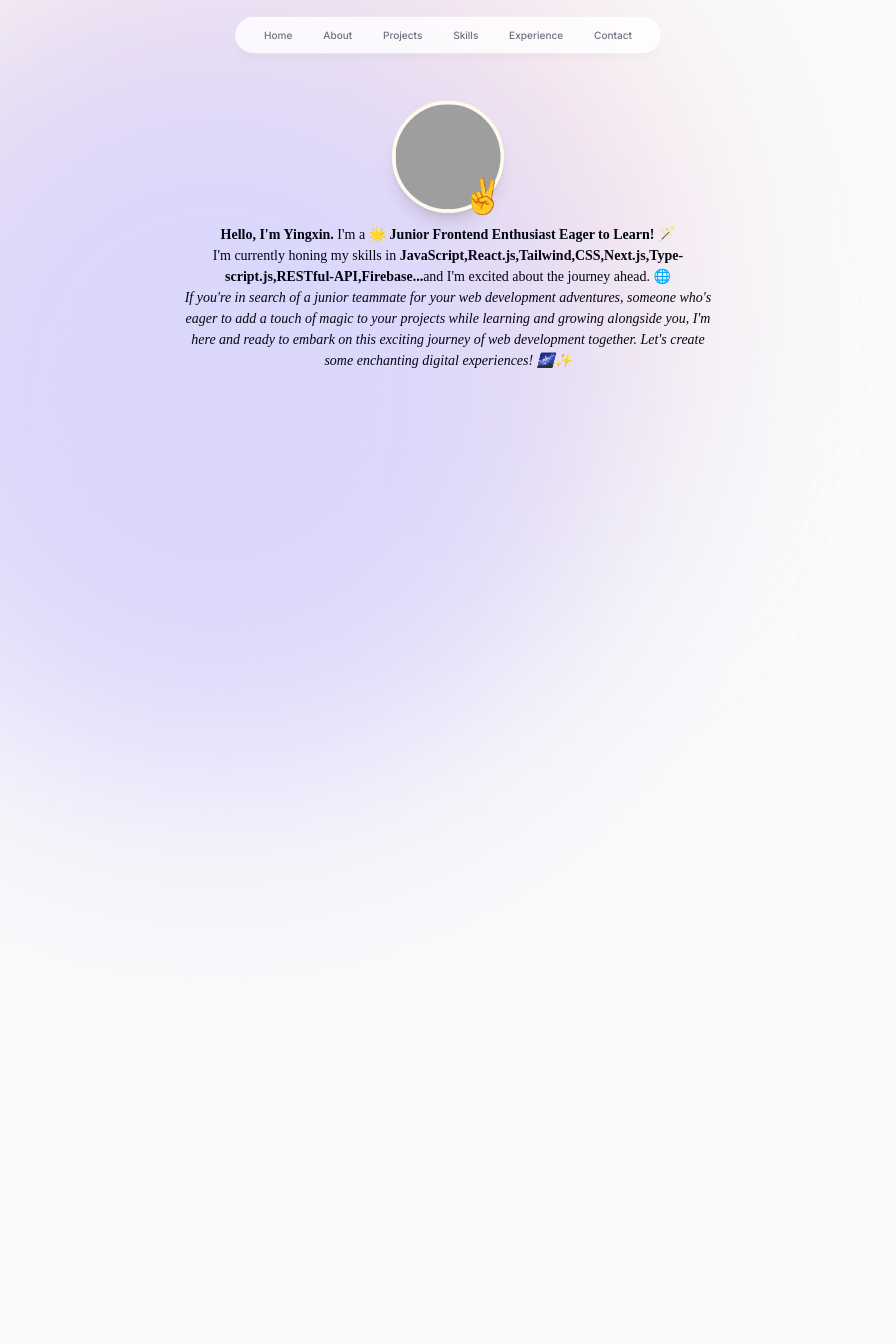
Repository: Tracy-maker/portfolio_website
Page: /
The author's editor kept a copy of each file at every save. The page is drawn from the files as they stood at one save, then again after the next save.
The browser window is 1280 px wide. The pictures show the part of the page from y = 0 to 1920 px (the page is 5000 px tall), at 70% of full size.
Pictures or frames that could not be fetched are drawn as grey boxes. The project was rebuilt for these pictures with package versions that can differ from the ones it lists, and the page was loaded fresh each time. The framework's server and built-in components were replaced by stand-ins that run in the browser. Also part of the build but not shown: next.config.js.

Above is the page before, as saved 2023-10-02 18:43:55.

### app/layout.tsx
import Header from "@/components/header";
import "./globals.css";
import type { Metadata } from "next";
import { Inter } from "next/font/google";

const inter = Inter({ subsets: ["latin"] });

export const metadata: Metadata = {
  title: "Yingxin_Zhang | Portfolio",
  description: "Yingxin_Zhang is a front-end developer",
};

export default function RootLayout({
  children,
}: {
  children: React.ReactNode;
}) {
  return (
    <html lang="en">
      <body
        className={`${inter.className} bg-gray-50 text-gray-950 relative h-[5000px] pt-28 sm:pt-36`}
      >
        <div className="bg-[#fbe2e3] absolute top-[-6rem] -z-10 right-[21rem] h-[56.25rem] w-[31.25rem] rounded-full blur-[10rem] sm:w-[68.75rem]"></div>
        <div className="bg-[#dbd7fb] absolute top-[-1rem] -z-10 left-[-45rem] h-[71.25rem] w-[-30rem] rounded-full blur-[10rem] sm:w-[68.75rem] md:left-[-33rem] lg:left-[-28rem] xl:left-[-15rem] 2xl:left-[-5rem]"></div>
        <Header />
        {children}
      </body>
    </html>
  );
}

### app/page.tsx
import Intro from "@/components/intro";
import Image from "next/image";

export default function Home() {
  return (
    <main className="flex flex-col items-center">
      <Intro />
    </main>
  );
}

### components/header.tsx
"use client";
import { motion } from "framer-motion";
import { links } from "@/lib/data";
import Link from "next/link";

export default function Header() {
  return (
    <header className="z-[999] relative">
      <motion.div
        className="fixed top-0 left-1/2 h-[4.5rem] w-full
        rounded-none border border-white border-opacity-40
        bg-white bg-opacity-80 shadow-lg shadow-black/[0.03]
        backdrop-blur-[0.5rem] sm:top-6 sm:h-[3.25rem] sm:w-[38rem] sm:rounded-full"
        initial={{ y: -100, x: "-50%", opacity: 0 }}
        animate={{ y: 0, x: "-50%", opacity: 1 }}
      ></motion.div>

      <nav className="flex fixed top-[0.15rem] left-1/2 h-12 -translate-x-1/2 py-2 sm:top-[1.7rem] sm:h-[initial] sm:py-0">
        <ul className="flex w-[22rem] flex-wrap items-center justify-center gap-y-1 text-[0.9rem] font-medium text-gray-500 sm:w-[initial] sm:flex-nowrap sm:gap-5">
          {links.map((link) => (
            <motion.li
              className="h-3/4 flex items-center justify-center relative"
              key={link.hash}
              initial={{ y: -100, opacity: 0 }}
              animate={{ y: 0, opacity: 1 }}
            >
              <Link
                className="flex w-full items-center justify-center px-3 py-3 hover:text-gray-950 transition"
                href={link.hash}
              >
                {link.name}
              </Link>
            </motion.li>
          ))}
        </ul>
      </nav>
    </header>
  );
}

### components/intro.tsx
"use client";

import Image from "next/image";
import React from "react";
import { motion } from "framer-motion";

export default function Intro() {
  return (
    <section className="mb-28 max-w-[50rem] text-center sm:mb-0 scroll-mt-[100rem]">
      <div className="flex items-center justify-center">
        <div className="relative">
          <motion.div
            initial={{ opacity: 0, scale: 0 }}
            animate={{ opacity: 1, scale: 1 }}
            transition={{
              type: "tween",
              duration: 0.2,
            }}
          >
            <Image
              src="https://i.ibb.co/MRHHtS5/Wechat-IMG7.jpg"
              alt="Personal image"
              width="300"
              height="300"
              quality="90"
              priority={true}
              className="h-40 w-40 rounded-full object-cover border-[0.35rem] border-amber-50 shadow-xl"
            />
          </motion.div>

          <motion.span
            className="absolute bottom-0 right-0 text-5xl"
            initial={{ opacity: 0, scale: 0 }}
            animate={{ opacity: 1, scale: 1 }}
            transition={{
              type: "spring",
              stiffness: 125,
              delay: 0.1,
              duration: 0.7,
            }}
          >
            ✌️
          </motion.span>
        </div>
      </div>
      <motion.h6
        className="mb-10 mt-4 px-4 text-l font-light font-custom !leading-[1.5] sm:text-xl"
        initial={{ opacity: 0, y: 100 }}
        animate={{ opacity: 1, y: 0 }}
      >
        <span className="font-bold">Hello, I'm Yingxin.</span> I'm a{" "}
        <span className="font-bold">
          🌟 Junior Frontend Enthusiast Eager to Learn! 🪄
        </span>
        <br />
        I'm currently honing my skills in
        <span className="font-bold">
          {" "}
          JavaScript,React.js,Tailwind,CSS,Next.js,Type-script.js,RESTful-API,Firebase...
        </span>
        and I'm excited about the journey ahead. 🌐
        <br />
        <span className="italic">
          If you're in search of a junior teammate for your web development
          adventures, someone who's eager to add a touch of magic to your
          projects while learning and growing alongside you, I'm here and ready
          to embark on this exciting journey of web development together. Let's
          create some enchanting digital experiences! 🌌✨
        </span>
      </motion.h6>
    </section>
  );
}

### lib/data.ts
import React from "react";
import { CgWorkAlt } from "react-icons/cg";
import { FaReact } from "react-icons/fa";
import { LuGraduationCap } from "react-icons/lu";
import p1Img from "@/public/p1.png";
import p2Img from "@/public/p2.png";
import p3Img from "@/public/p3.png";

export const links = [
  {
    name: "Home",
    hash: "#home",
  },
  {
    name: "About",
    hash: "#about",
  },
  {
    name: "Projects",
    hash: "#projects",
  },
  {
    name: "Skills",
    hash: "#skills",
  },
  {
    name: "Experience",
    hash: "#experience",
  },
  {
    name: "Contact",
    hash: "#contact",
  },
] as const;

export const experiencesData = [
  {
    title: "Graduated bootcamp",
    location: "Miami, FL",
    description:
      "I graduated after 6 months of studying. I immediately found a job as a front-end developer.",
    icon: React.createElement(LuGraduationCap),
    date: "2019",
  },
  {
    title: "Front-End Developer",
    location: "Orlando, FL",
    description:
      "I worked as a front-end developer for 2 years in 1 job and 1 year in another job. I also upskilled to the full stack.",
    icon: React.createElement(CgWorkAlt),
    date: "2019 - 2021",
  },
  {
    title: "Full-Stack Developer",
    location: "Houston, TX",
    description:
      "I'm now a full-stack developer working as a freelancer. My stack includes React, Next.js, TypeScript, Tailwind, Prisma and MongoDB. I'm open to full-time opportunities.",
    icon: React.createElement(FaReact),
    date: "2021 - present",
  },
] as const;

export const projectsData = [
  {
    title: "CorpComment",
    description:
      "I worked as a full-stack developer on this startup project for 2 years. Users can give public feedback to companies.",
    tags: ["React", "Next.js", "MongoDB", "Tailwind", "Prisma"],
    imageUrl: p1Img,
  },
  {
    title: "rmtDev",
    description:
      "Job board for remote developer jobs. I was the front-end developer. It has features like filtering, sorting and pagination.",
    tags: ["React", "TypeScript", "Next.js", "Tailwind", "Redux"],
    imageUrl: p2Img,
  },
  {
    title: "Word Analytics",
    description:
      "A public web app for quick analytics on text. It shows word count, character count and social media post limits.",
    tags: ["React", "Next.js", "SQL", "Tailwind", "Framer"],
    imageUrl: p3Img,
  },
] as const;

export const skillsData = [
  "HTML",
  "CSS",
  "JavaScript",
  "TypeScript",
  "React",
  "Next.js",
  "Git",
  "MUI-material",
  "Tailwind",
  "REST-API",
  "PostgreSQL",
  "Framer Motion",
] as const;

### tailwind.config.ts
import type { Config } from 'tailwindcss'

const config: Config = {
  content: [
    './pages/**/*.{js,ts,jsx,tsx,mdx}',
    './components/**/*.{js,ts,jsx,tsx,mdx}',
    './app/**/*.{js,ts,jsx,tsx,mdx}',
  ],
  theme: {
    extend: {
      backgroundImage: {
        'gradient-radial': 'radial-gradient(var(--tw-gradient-stops))',
        'gradient-conic':
          'conic-gradient(from 180deg at 50% 50%, var(--tw-gradient-stops))',
      },
      fontFamily: {
        custom: ["Gabarito", "cursive"],
      },
    },
  },
  plugins: [],
}
export default config

Loaded but not shown: app/globals.css (common file)

After the next save:
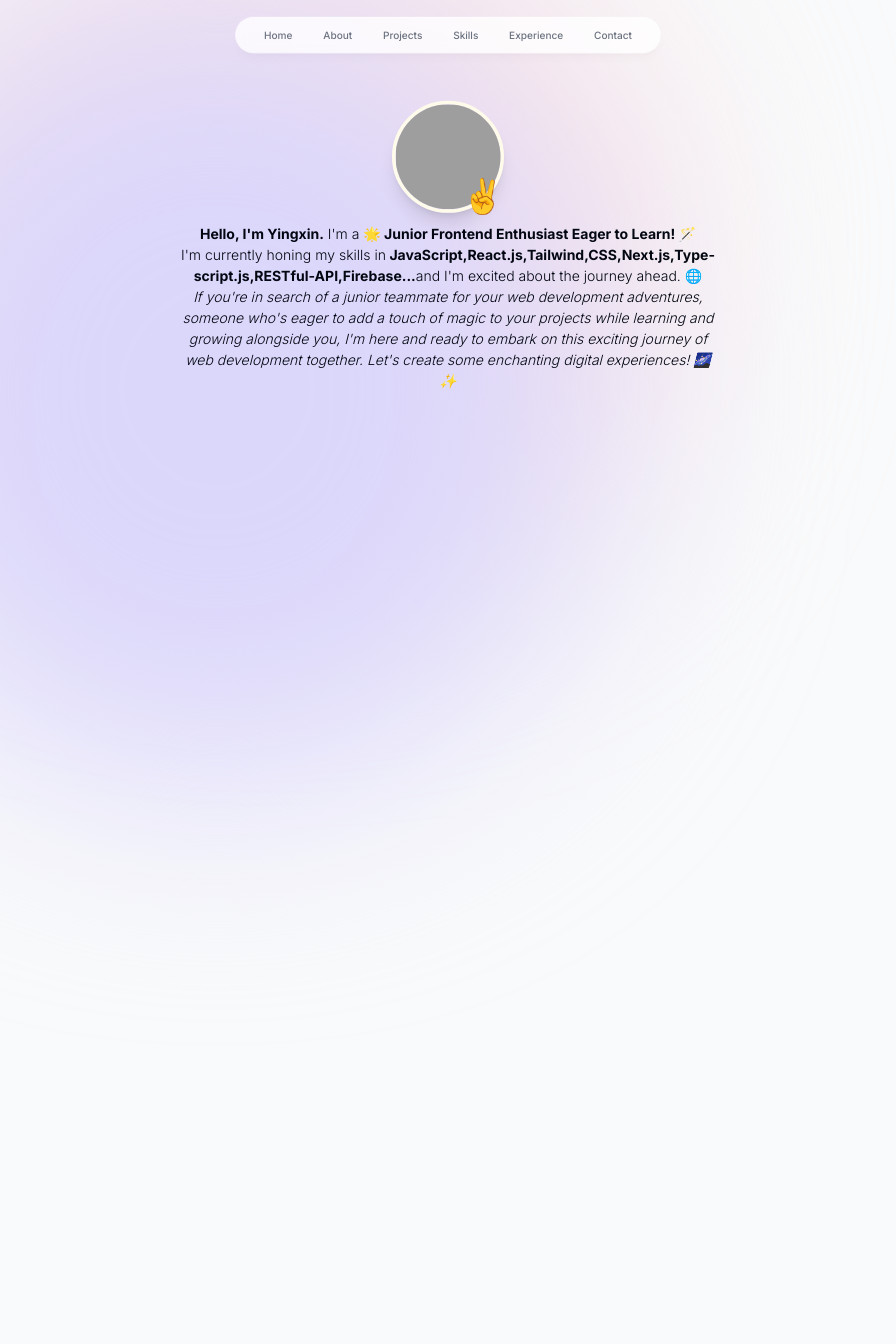
Saved 32 s later.
--- a/components/intro.tsx
+++ b/components/intro.tsx
@@ -44,7 +44,7 @@ export default function Intro() {
         </div>
       </div>
       <motion.h6
-        className="mb-10 mt-4 px-4 text-l font-light font-custom !leading-[1.5] sm:text-xl"
+        className="mb-10 mt-4 px-4 text-l font-light !leading-[1.5] sm:text-xl"
         initial={{ opacity: 0, y: 100 }}
         animate={{ opacity: 1, y: 0 }}
       >
